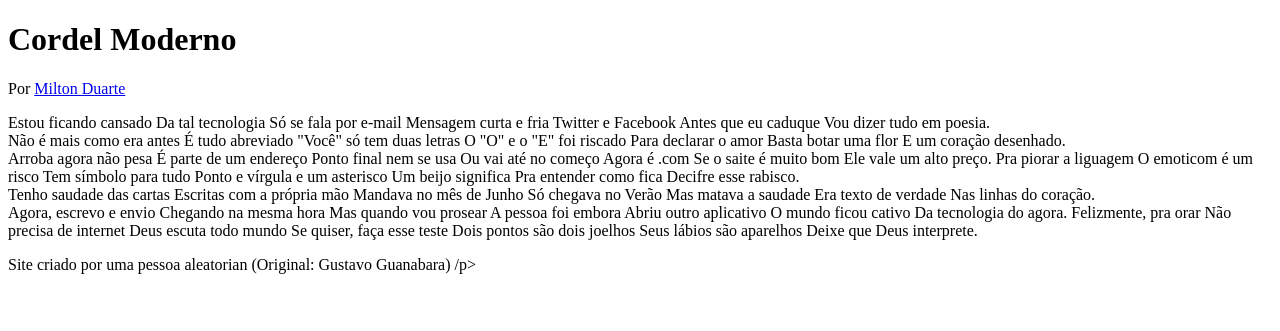
Repository: Codigo404q/html-css
Page: AHAHAHAHAHAHAHHHHHHHHHAHAHAHAHAHAHHAHAH/d012/index.html
The author's editor kept a copy of each file at every save. The page is drawn from the files as they stood at one save, then again after the next save.
The browser window is 1280 px wide. The pictures show the whole page.

Above is the page before, as saved 2024-01-07 22:40:14.

### AHAHAHAHAHAHAHHHHHHHHHAHAHAHAHAHAHHAHAH/d012/index.html
<!DOCTYPE html>
<html lang="pt-br">
<head>
    <meta charset="UTF-8">
    <meta name="viewport" content="width=device-width, initial-scale=1.0">
    <title>Codel moderno</title>
</head>
<body>
        <header>
            <h1>Cordel Moderno</h1>
            <p>Por <a href="https://www.recantodasletras.com.br/poesias/3186743" target="_blank">Milton Duarte</a></p>

        </header>

    <section>
        Estou ficando cansado
        Da tal tecnologia
        Só se fala por e-mail
        Mensagem curta e fria
        Twitter e Facebook
        Antes que eu caduque
        Vou dizer tudo em poesia.
    </section>



    <section>
        Não é mais como era antes
        É tudo abreviado
        "Você" só tem duas letras
        O "O" e o "E" foi riscado
        Para declarar o amor
        Basta botar uma flor
        E um coração desenhado.
    </section>


    <section>
        Arroba agora não pesa
        É parte de um endereço
        Ponto final nem se usa
        Ou vai até no começo
        Agora é .com
        Se o saite é muito bom
        Ele vale um alto preço.

        Pra piorar a liguagem
        O emoticom é um risco
        Tem símbolo para tudo
        Ponto e vírgula e um asterisco
        Um beijo significa
        Pra entender como fica
        Decifre esse rabisco.
    </section>



    <section>
        Tenho saudade das cartas
        Escritas com a própria mão
        Mandava no mês de Junho
        Só chegava no Verão
        Mas matava a saudade
        Era texto de verdade
        Nas linhas do coração.
    </section>



    <section>
        Agora, escrevo e envio
        Chegando na mesma hora
        Mas quando vou prosear
        A pessoa foi embora
        Abriu outro aplicativo
        O mundo ficou cativo
        Da tecnologia do agora.

        Felizmente, pra orar
        Não precisa de internet
        Deus escuta todo mundo
        Se quiser, faça esse teste
        Dois pontos são dois joelhos
        Seus lábios são aparelhos
        Deixe que Deus interprete.
    </section>

    <footer>
        <p>Site criado por uma pessoa aleatorian (Original: Gustavo Guanabara) /p>
    </footer>
</body>
</html>

After the next save:
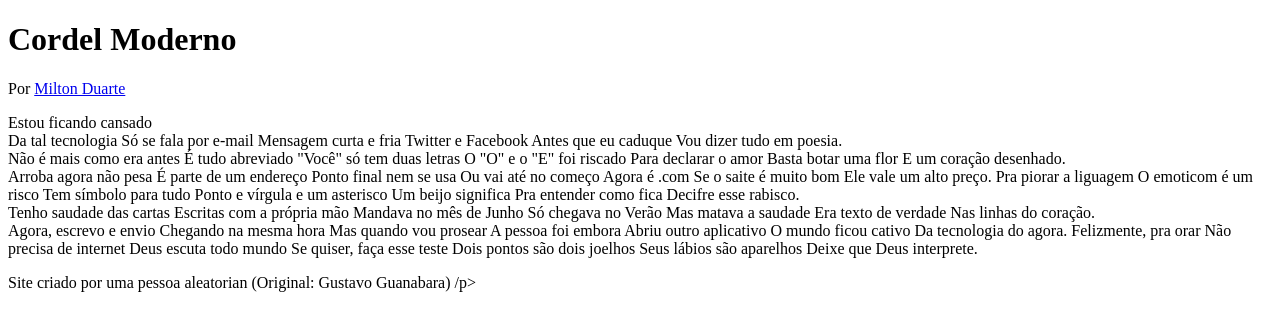
Saved 16 s later.
--- a/AHAHAHAHAHAHAHHHHHHHHHAHAHAHAHAHAHHAHAH/d012/index.html
+++ b/AHAHAHAHAHAHAHHHHHHHHHAHAHAHAHAHAHHAHAH/d012/index.html
@@ -13,7 +13,7 @@
         </header>
 
     <section>
-        Estou ficando cansado
+        Estou ficando cansado <br>
         Da tal tecnologia
         Só se fala por e-mail
         Mensagem curta e fria
